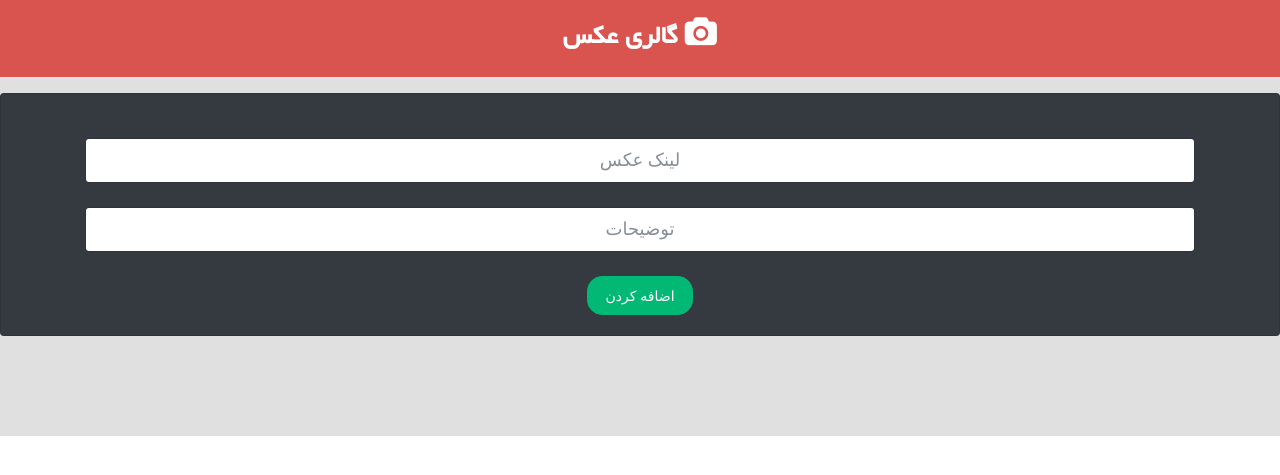
Repository: sadegh1379/PhotoWall-app
Page: /addphoto
These files come from the project's save history. The page is drawn as it stood at one moment and after a run of saves; the edit follows.
The browser window is 1280 px wide. The pictures show the whole page.
The project was rebuilt for these pictures with package versions that can differ from the ones it lists, and the page was loaded fresh each time. Also part of the build but not shown: src/Component/Photo.js, src/Component/PhotoWall.js.

Above is the page before, as saved 2020-02-22 13:24:50.

### public/index.html
<!DOCTYPE html>
<html lang="en">
  <head>
    <meta charset="utf-8" />
    <link rel="icon" href="%PUBLIC_URL%/favicon.ico" />
    <meta name="viewport" content="width=device-width, initial-scale=1" />
    <meta name="theme-color" content="#000000" />
    <link rel="stylesheet" href="https://stackpath.bootstrapcdn.com/font-awesome/4.7.0/css/font-awesome.min.css">
    <meta
      name="description"
      content="Web site created using create-react-app"
    />
    <link rel="apple-touch-icon" href="%PUBLIC_URL%/logo192.png" />
    <!--
      manifest.json provides metadata used when your web app is installed on a
      user's mobile device or desktop. See https://developers.google.com/web/fundamentals/web-app-manifest/
    -->
    <link rel="manifest" href="%PUBLIC_URL%/manifest.json" />
    <!--
      Notice the use of %PUBLIC_URL% in the tags above.
      It will be replaced with the URL of the `public` folder during the build.
      Only files inside the `public` folder can be referenced from the HTML.

      Unlike "/favicon.ico" or "favicon.ico", "%PUBLIC_URL%/favicon.ico" will
      work correctly both with client-side routing and a non-root public URL.
      Learn how to configure a non-root public URL by running `npm run build`.
    -->
    <title>React App</title>
  </head>
  <body>
    <noscript>You need to enable JavaScript to run this app.</noscript>
    <div id="root"></div>
    <!--
      This HTML file is a template.
      If you open it directly in the browser, you will see an empty page.

      You can add webfonts, meta tags, or analytics to this file.
      The build step will place the bundled scripts into the <body> tag.

      To begin the development, run `npm start` or `yarn start`.
      To create a production bundle, use `npm run build` or `yarn build`.
    -->
  </body>
</html>

### src/App.js
import React , { Component } from 'react';
import { BrowserRouter as Router , Route, Switch } from 'react-router-dom';
import Title from './Component/Title';
import PhotoWall from './Component/PhotoWall';
import './bootswatch.css';
import AddPhoto from './Component/AddPhoto';
import './App.css';

class App extends Component {

  constructor(){

      super()

      this.state = {
        posts : [
          {
            id : "0" ,
            description : "صادق اکبری" ,
            imageLink : "https://dkt6rvnu67rqj.cloudfront.net/cdn/ff/tpWy09V5tfN_Il2UBj8nPU4FZvPDpNBQSecbyXiqbuM/1574345660/public/styles/322x405/public/media/int_files/1008357.jpg?itok=c5qoLzeh"
          },
          {
           id : "1" ,
           description : "علی میرزایی" ,
           imageLink : "https://dkt6rvnu67rqj.cloudfront.net/cdn/ff/tpWy09V5tfN_Il2UBj8nPU4FZvPDpNBQSecbyXiqbuM/1574345660/public/styles/322x405/public/media/int_files/1008357.jpg?itok=c5qoLzeh"
         }
         ,{
           id : "5" ,
           description :" سارا ممبینی" ,
           imageLink :"https://thetyee.ca/Culture/2017/10/31/FawnLawn.jpg"

         },
         {
          id : "6" ,
          description : "صادق اکبری" ,
          imageLink : "https://dkt6rvnu67rqj.cloudfront.net/cdn/ff/tpWy09V5tfN_Il2UBj8nPU4FZvPDpNBQSecbyXiqbuM/1574345660/public/styles/322x405/public/media/int_files/1008357.jpg?itok=c5qoLzeh"
        },
        {
         id : "7" ,
         description : "علی میرزایی" ,
         imageLink : "https://www.iata.org/contentassets/d7c512eb9a704ba2a8056e3186a31921/cargo_live_animals_parrot.jpg?w=330&h=200&mode=crop&scale=both&v=20191213012337"
       }
       ,{
         id : "8" ,
         description :" سارا ممبینی" ,
         imageLink :"https://images.unsplash.com/photo-1497752531616-c3afd9760a11?ixlib=rb-1.2.1&w=1000&q=80"

       }
        ]

    }
  }

// Remove post
 onRemovePost = (removedPost) =>{

      this.setState((state)=>({
          posts : state.posts.filter(post => post !== removedPost)
      }))

  }

  render(){
      return (
        <div className="body">
              <Router>
                  <Title title="گالری عکس"/>
                  <Switch>

                      <Route exact path="/" render={()=>(
                              <div>
                                  <PhotoWall onRemovePost={this.onRemovePost} posts={this.state.posts}/>
                              </div>
                      )}/>

                        <Route exact path="/addphoto" component={AddPhoto}/>
                </Switch>
            </Router>
        </div>
      );
}
}

export default App;

### src/Component/Title.js
import React from 'react';
import PropTypes from 'prop-types';


function Title(props) {
    return (
            <p className=" bg-danger text-white py-3 p-title text-center">{props.title} <span className="fa fa-camera"></span></p>
    )
}

Title.propTypes = {
    title : PropTypes.string.isRequired
}

export default Title;

### src/Component/AddPhoto.js
import React, { Component } from 'react'

export class AddPhoto extends Component {
    render() {
        return (
            <div className="card card-body bg-dark">
                <form className="container add-form">
                    <input type="text" placeholder="لینک عکس" className="form-control my-4 text-center"/>
                    <input type="text" placeholder="توضیحات" className="form-control text-center" />
                      <div className="d-flex justify-content-center mt-4">
                            <button type="submit" className="btn btn-success ">اضافه کردن</button>
                      </div>

                </form>
            </div>
        )
    }
}

export default AddPhoto;

### src/App.css
.p-title{
    font-size: 30px;
    color:white ;
    font-weight: bolder;
    font-family: 'Byekan';
}

.body{
    font-family: 'Brekan';
    background-color: #E0E0E0;
    padding-bottom: 100px;
}

 .photo-grid{
    /* max-width: 1000px; */
    margin: 0 auto;
    display: flex;
    flex-wrap: wrap;
    justify-content: center;
}

@font-face{
    font-family: 'Byekan';
    src:url('./Component/fonst/Yekan.ttf');
}

.photo-card{
  margin: 10px 10px;
  box-shadow: 5px 5px 5px 5px #888888;
}

.add-icon{
    text-align: center;
    margin: 20px auto;
    color:white  !important;
    background-color: rgb(62, 112, 75);
    padding: 20px;
    border-radius: 70px;

}

.add-form input{

    font-size: 18px;
    color:black;
}

Loaded but not shown: src/index.js (common file); src/index.css (common file); src/bootswatch.css (library)

After the next 2 saves:
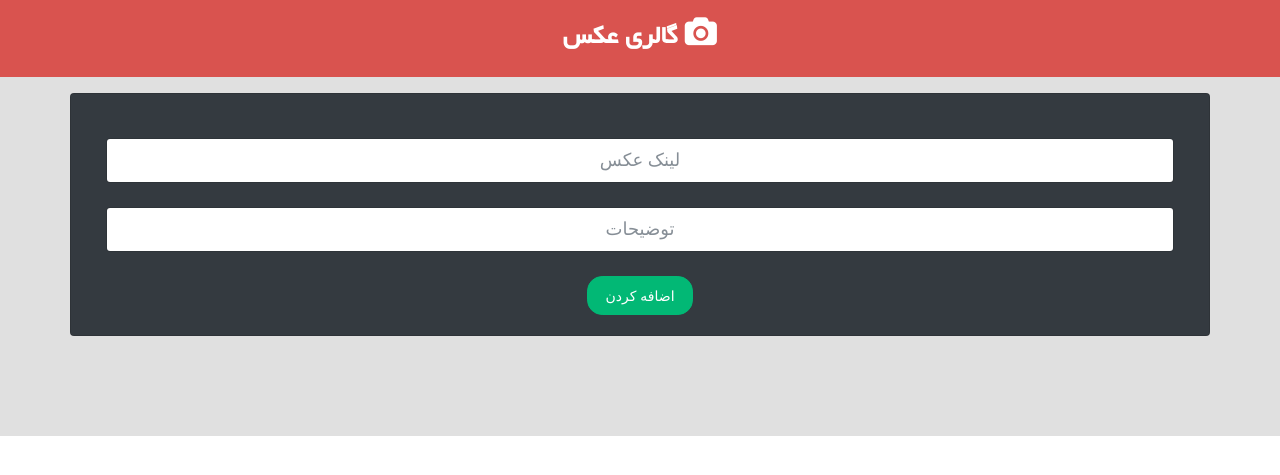
The 2 saves are shown as one change because they came seconds apart.
The last was saved 22 s later.
--- a/src/Component/AddPhoto.js
+++ b/src/Component/AddPhoto.js
@@ -3,7 +3,7 @@ import React, { Component } from 'react'
 export class AddPhoto extends Component {
     render() {
         return (
-            <div className="card card-body bg-dark">
+            <div className="card card-body bg-dark container">
                 <form className="container add-form">
                     <input type="text" placeholder="لینک عکس" className="form-control my-4 text-center"/>
                     <input type="text" placeholder="توضیحات" className="form-control text-center" />
